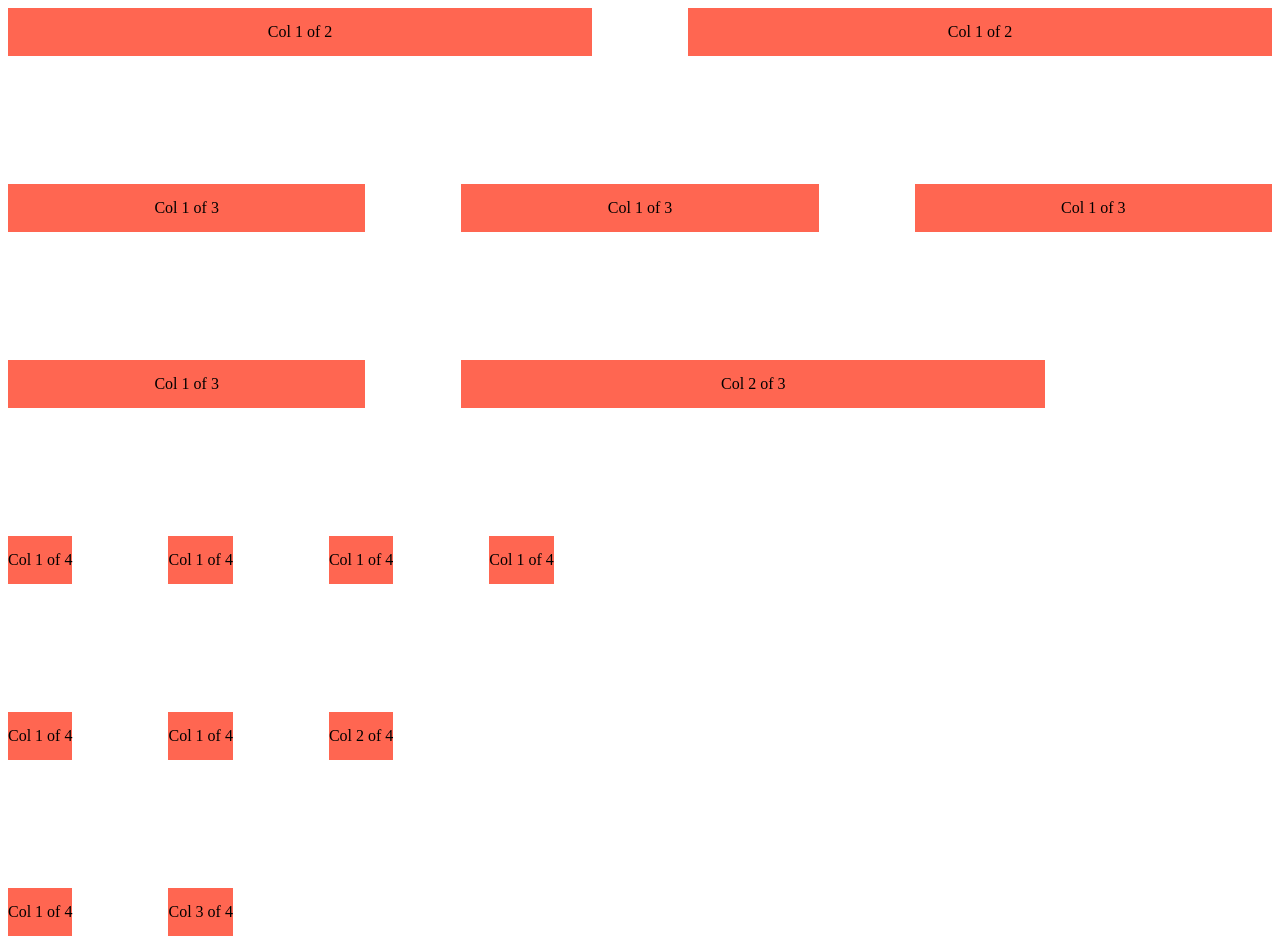
Repository: haokiet2501/grid-basic
Page: index.html
The author's editor kept a copy of each file at every save. The page is drawn from the files as they stood at one save, then again after a run of saves.
The browser window is 1280 px wide. The pictures show the whole page.

Above is the page before, as saved 2022-08-11 18:56:52.

After the next 5 saves:
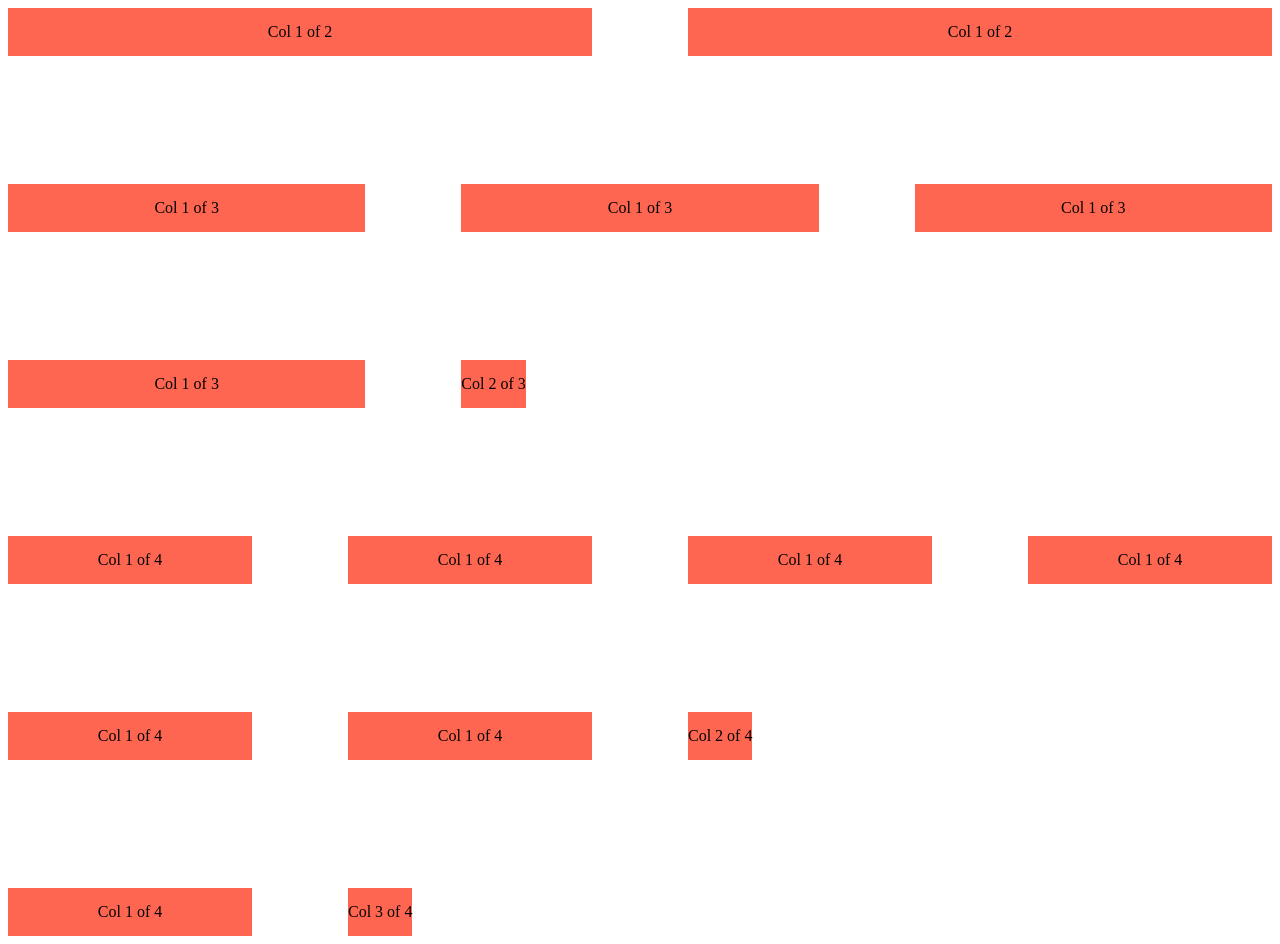
The 5 saves are shown as one change because they came seconds apart.
The last was saved 49 s later.
--- a/styles.css
+++ b/styles.css
@@ -38,6 +38,6 @@
     width: calc((100% - 2 * var(--gutter-horizonal)) / 3);
 }
 
-.col-2-of-3 {
-    width: calc((100% - var(--gutter-horizonal)) / 2);
+.col-1-of-4 {
+    width: calc((100% - 3 * var(--gutter-horizonal)) / 4);
 }
